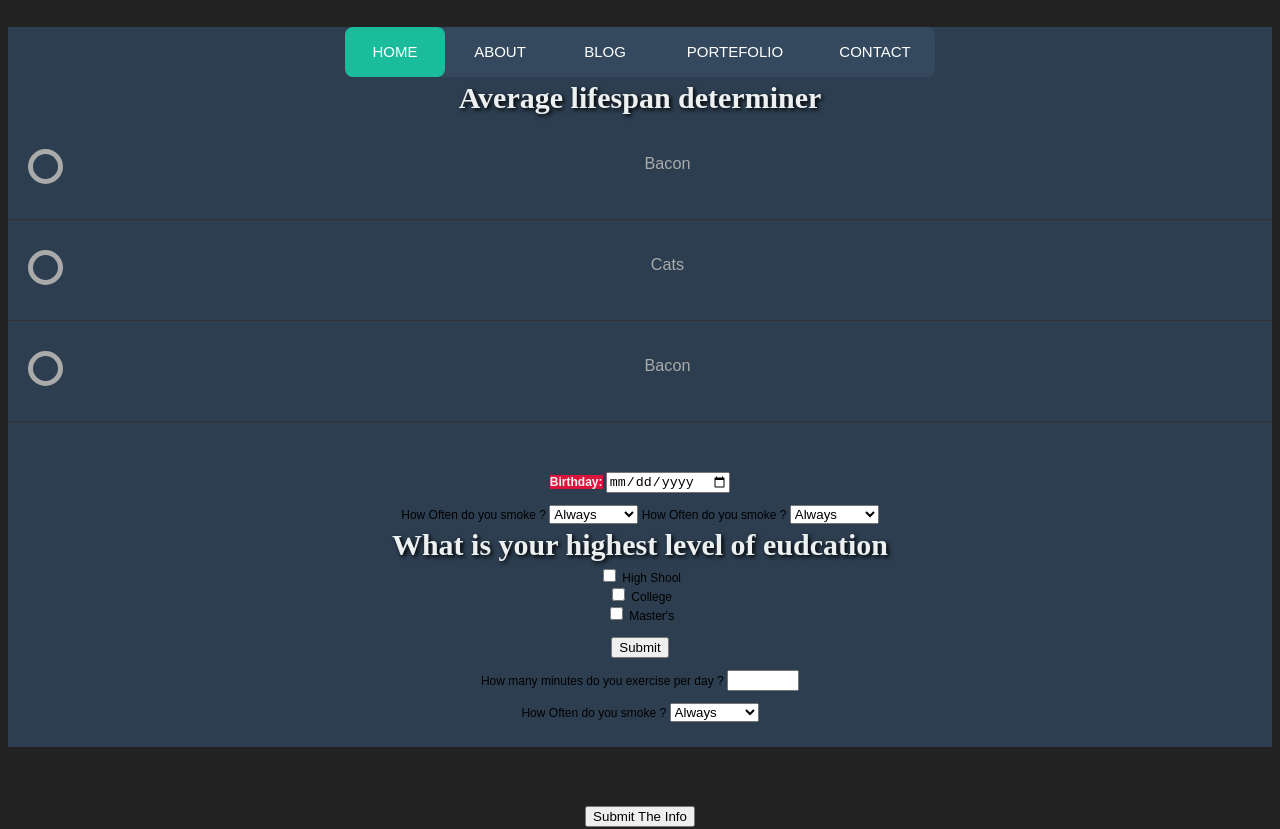
Repository: navid-amini12/capstone-1
Page: wordgame.html
These files come from the project's save history. The page is drawn as it stood at one moment and after the next save; the edit follows.
The browser window is 1280 px wide. The pictures show the whole page.

Above is the page before, as saved 2022-06-01 12:41:36.

### wordgame.html


  <link rel="stylesheet" type="text/css" href="Life.css">






<!-- NAVATION STARTING  -->

<nav class ="mynavigation">
  <a href="#">Home</a>
  <a href="#">About</a>
  <a href="#">Blog</a>
  <a href="#">Portefolio</a>
  <a href="#">Contact</a>
  <div class="animation start-home"></div>
</nav>
  <!-- NAVIGATION ENDING -->
    <h1>Average lifespan determiner</h1>









      <div class = "container90">

          <ul>
          <li>
            <input type="radio" id="s-option" name="selector">
            <label for="s-option">Bacon</label>

            <div class="check"><div class="inside"></div></div>
          </li>

          <li>
            <input type="radio" id="t-option" name="selector">
            <label for="t-option">Cats</label>

            <div class="check"><div class="inside"></div></div>
          </li>

          <li>
            <input type="radio" id="s-option" name="selector">
            <label for="s-option">Bacon</label>

            <div class="check"><div class="inside"></div></div>
          </li>
        </ul>
   </div>






  <div class = "left"><form action="/action_page.php">
    <label style="background-color: crimson; color: #f1f1f1; font-weight: bold" for="birthday">Birthday:</label>
    <input type="date" id="birthday" name="birthday">

  </form>

<label for="cars">How Often do you smoke ?</label>

<select id="questions">
<option value="volvo">Always</option>
<option value="saab">Often</option>
<option value="opel">Sometimes</option>
<option value="audi">Rarely</option>
<option value="audi">Never</option>
</select>

<label for="cars">How Often do you smoke ?</label>

<select id="questions">
<option value="volvo">Always</option>
<option value="saab">Often</option>
<option value="opel">Sometimes</option>
<option value="audi">Rarely</option>
<option value="audi">Never</option>
</select>

<h1>What is your highest level of eudcation</h1>

<form id = "checkbox1">
<input type="checkbox" id="vehicle1" name="vehicle1" value="Bike">
<label for="vehicle1"> High Shool</label><br>
<input type="checkbox" id="vehicle2" name="vehicle2" value="Car">
<label for="vehicle2"> College</label><br>
<input type="checkbox" id="vehicle3" name="vehicle3" value="Boat">
<label for="vehicle3"> Master's</label><br><br>
<input type="submit" value="Submit">
</form>

<form>
  <label for="quantity">How many minutes do you exercise per day ? </label>
  <input type="number" id="quantity" name="quantity" min="0" max="1000">
</form>




<label for="cars">How Often do you smoke ?</label>

<select id="myquestions">
<option value="always">Always</option>
<option value="often">Often</option>
<option value="sometimes">Sometimes</option>
<option value="rarely">Rarely</option>
<option value="never">Never</option>
</select>
<br>
<br>
<br>
<br>


<br>
<br>
<br>
<button id = "submitInfo">Submit The Info</button></div>





<!-- <input id = "submitInfo" type="button" value = "Submit Info" onclick="alert('Submitting INfo');" /></div> -->

  </div>



  <!-- <input id = "submitInfo" type="button" value = "Submit Info" onclick="alert('Submitting INfo');" /> -->


















  <body class="container">
    <ul id="people" class=""></ul>


    <script src="https://unpkg.com/axios/dist/axios.min.js"></script>
    <script>

      document.getElementById("submitInfo").onclick = function () {
        axios
          .get("http://localhost:4000/api/users")
          .then(function (response) {
            var e = document.getElementById("myquestions");
            var strUser = e.options[e.selectedIndex].text;


            var x = document.getElementById("vehicle1").value;




     if (strUser == "Never") {

         alert(x)



       alert( document.getElementById("people").innerHTML = response.data[0] )

    }
          })


          .catch(function (err) {
            document.getElementById("people").innerHTML =
              '<li class="text-danger">' + err.message + "</li>";
          });
      };
    </script>

### Life.css
@import url('https://fonts.googleapis.com/css?family=Lato');

body, html{
  height: 100%;
  background: #222222;
	font-family: 'Lato', sans-serif;
}

.container90{
 text-align: center;
}

h2 {
	color: #AAAAAA;
}

.container ul{
  list-style: none;
  margin: 0;
  padding: 0;
	overflow: auto;
}

ul li{
  color: #AAAAAA;
  display: block;
  position: relative;
  float: left;
  width: 100%;
  height: 100px;
	border-bottom: 1px solid #333;
}

ul li input[type=radio]{
  position: absolute;
  visibility: hidden;
}

ul li label{
  display: block;
  position: relative;
  font-weight: 300;
  font-size: 1.35em;
  padding: 25px 25px 25px 80px;
  margin: 10px auto;
  height: 30px;
  z-index: 9;
  cursor: pointer;
  -webkit-transition: all 0.25s linear;
}

ul li:hover label{
	color: #FFFFFF;
}

ul li .check{
  display: block;
  position: absolute;
  border: 5px solid #AAAAAA;
  border-radius: 100%;
  height: 25px;
  width: 25px;
  top: 30px;
  left: 20px;
	z-index: 5;
	transition: border .25s linear;
	-webkit-transition: border .25s linear;
}

ul li:hover .check {
  border: 5px solid #FFFFFF;
}

ul li .check::before {
  display: block;
  position: absolute;
	content: '';
  border-radius: 100%;
  height: 15px;
  width: 15px;
  top: 5px;
	left: 5px;
  margin: auto;
	transition: background 0.25s linear;
	-webkit-transition: background 0.25s linear;
}

input[type=radio]:checked ~ .check {
  border: 5px solid #0DFF92;
}

input[type=radio]:checked ~ .check::before{
  background: #0DFF92;
}

input[type=radio]:checked ~ label{
  color: #0DFF92;
}

.signature {
	margin: 10px auto;
	padding: 10px 0;
	width: 100%;
}

.signature p{
	text-align: center;
	font-family: Helvetica, Arial, Sans-Serif;
	font-size: 0.85em;
	color: #AAAAAA;
}

.signature .much-heart{
	display: inline-block;
	position: relative;
	margin: 0 4px;
	height: 10px;
	width: 10px;
	background: #AC1D3F;
	border-radius: 4px;
	-ms-transform: rotate(45deg);
    -webkit-transform: rotate(45deg);
    transform: rotate(45deg);
}

.signature .much-heart::before,
.signature .much-heart::after {
	  display: block;
  content: '';
  position: absolute;
  margin: auto;
  height: 10px;
  width: 10px;
  border-radius: 5px;
  background: #AC1D3F;
  top: -4px;
}

.signature .much-heart::after {
	bottom: 0;
	top: auto;
	left: -4px;
}

.signature a {
	color: #AAAAAA;
	text-decoration: none;
	font-weight: bold;
}


/* Styles for alert...
by the way it is so weird when you look at your code a couple of years after you wrote it XD */

.alert {
	box-sizing: border-box;
	background-color: #BDFFE1;
	width: 100%;
	position: relative;
	top: 0;
	left: 0;
	z-index: 300;
	padding: 20px 40px;
	color: #333;
}

.alert h2 {
	font-size: 22px;
	color: #232323;
	margin-top: 0;
}

.alert p {
	line-height: 1.6em;
	font-size:18px;
}

.alert a {
	color: #232323;
	font-weight: bold;
}






/* startin of navtation css */

.left {
  margin-top: 50px;
  text-align: center;
}






nav {
  margin: 27px auto 0;

  position: relative;
  width: 590px;
  height: 50px;
  background-color: #34495e;
  border-radius: 8px;
  font-size: 0;
}
nav a {
  line-height: 50px;
  height: 100%;
  font-size: 15px;
  display: inline-block;
  position: relative;
  z-index: 1;
  text-decoration: none;
  text-transform: uppercase;
  text-align: center;
  color: white;
  cursor: pointer;
}
nav .animation {
  position: absolute;
  height: 100%;
  top: 0;
  z-index: 0;
  transition: all .5s ease 0s;
  border-radius: 8px;
}
a:nth-child(1) {
  width: 100px;
}
a:nth-child(2) {
  width: 110px;
}
a:nth-child(3) {
  width: 100px;
}
a:nth-child(4) {
  width: 160px;
}
a:nth-child(5) {
  width: 120px;
}
nav .start-home, a:nth-child(1):hover~.animation {
  width: 100px;
  left: 0;
  background-color: #1abc9c;
}
nav .start-about, a:nth-child(2):hover~.animation {
  width: 110px;
  left: 100px;
  background-color: #e74c3c;
}
nav .start-blog, a:nth-child(3):hover~.animation {
  width: 100px;
  left: 210px;
  background-color: #3498db;
}
nav .start-portefolio, a:nth-child(4):hover~.animation {
  width: 160px;
  left: 310px;
  background-color: #9b59b6;
}
nav .start-contact, a:nth-child(5):hover~.animation {
  width: 120px;
  left: 470px;
  background-color: #e67e22;
}

body {
  font-size: 12px;
  font-family: sans-serif;
  background: #2c3e50;
}
h1 {
  text-align: center;
  margin: 40px 0 40px;
  text-align: center;
  font-size: 30px;
  color: #ecf0f1;
  text-shadow: 2px 2px 4px #000000;
  font-family: 'Cherry Swash', cursive;
}

p {
    position: absolute;
    bottom: 20px;
    width: 100%;
    text-align: center;
    color: #ecf0f1;
    font-family: 'Cherry Swash',cursive;
    font-size: 16px;
}

span {
    color: #2BD6B4;
}




/* Navigation  */

/*
@import url('https://fonts.googleapis.com/css?family=Lobster&display=swap') repeat scroll 0 0 rgba(0, 0, 0 , 0);

body {
  background: #fff;
}

.title {
  font-size: 2.5rem;
  font-family: 'Lobster', cursive;
}

.container {
  animation: scroll 70s linear infinite;
  background: url("https://images.unsplash.com/photo-1465146633011-14f8e0781093?ixlib=rb-1.2.1&ixid=eyJhcHBfaWQiOjEyMDd9&auto=format&fit=crop&w=3450&q=80"), #111111;
  color: #eee;
  height: 100vh;
  min-width: 360px;
  width: 100%;
  display: flex;
  justify-content: center;
  align-items: center;
  perspective: 1000px;
  perspective-origin: 50% 50%;

}

@keyframes scroll {
   100%{
    background-position:0px -3000px;
  }
}

@media (prefers-reduced-motion) {
  .container {
    animation: scroll 200s linear infinite;
  }
}

@media (min-width: 670px) {
  .title {
    font-size: 5rem;
  }
}

#modalContainer {
  background-color:rgba(0, 0, 0, 0.3);
  position:absolute;
  top:0;
  width:100%;
  height:100%;
  left:0px;
  z-index:10000;
  background-image:url(tp.png); /* required by MSIE to prevent actions on lower z-index elements */
}

#alertBox {
  position:relative;
  width:33%;
  min-height:20%;
  max-height:35%;
  margin-top:50px;
  border:1px solid #fff;
  background-color:#fff;
  background-repeat:no-repeat;
  top:30%;
}

#modalContainer > #alertBox {
  position:fixed;
}

#alertBox h1 {
  margin:0;
  font:bold 1em Raleway,arial;
  background-color:#f97352;
  color:#FFF;
  border-bottom:1px solid #f97352;
  padding:10px 0 10px 5px;
}


#alertBox #closeBtn {
  display:block;
  position:relative;
  margin:100px auto 100px auto;
  padding:7px;
  border:0 none;
  width:70px;
  text-transform:uppercase;
  text-align:center;
  color:#FFF;
  background-color:#f97352;
  border-radius: 0px;
  text-decoration:none;
  outline:0!important;
}

/* unrelated styles */

#mContainer {
  position:relative;
  width:600px;
  margin:auto;
  padding:5px;
  border-top:2px solid #fff;
  border-bottom:2px solid #fff;
}

h1,h2 {
  margin:0;
  padding:4px;
}

code {
  font-size:1.2em;
  color:#069;
}

#credits {
  position:relative;
  margin:25px auto 0px auto;
  width:350px;
  font:0.7em verdana;
  border-top:1px solid #000;
  border-bottom:1px solid #000;
  height:90px;
  padding-top:4px;
}

#credits img {
  float:left;
  margin:5px 10px 5px 0px;
  border:1px solid #000000;
  width:80px;
  height:79px;
}

.important {
  background-color:#F5FCC8;
  padding:2px;

}

@media (max-width: 600px)
{
  #alertBox {
  position:relative;
  width:90%;
  top:30%;
}


 */

After the next save:
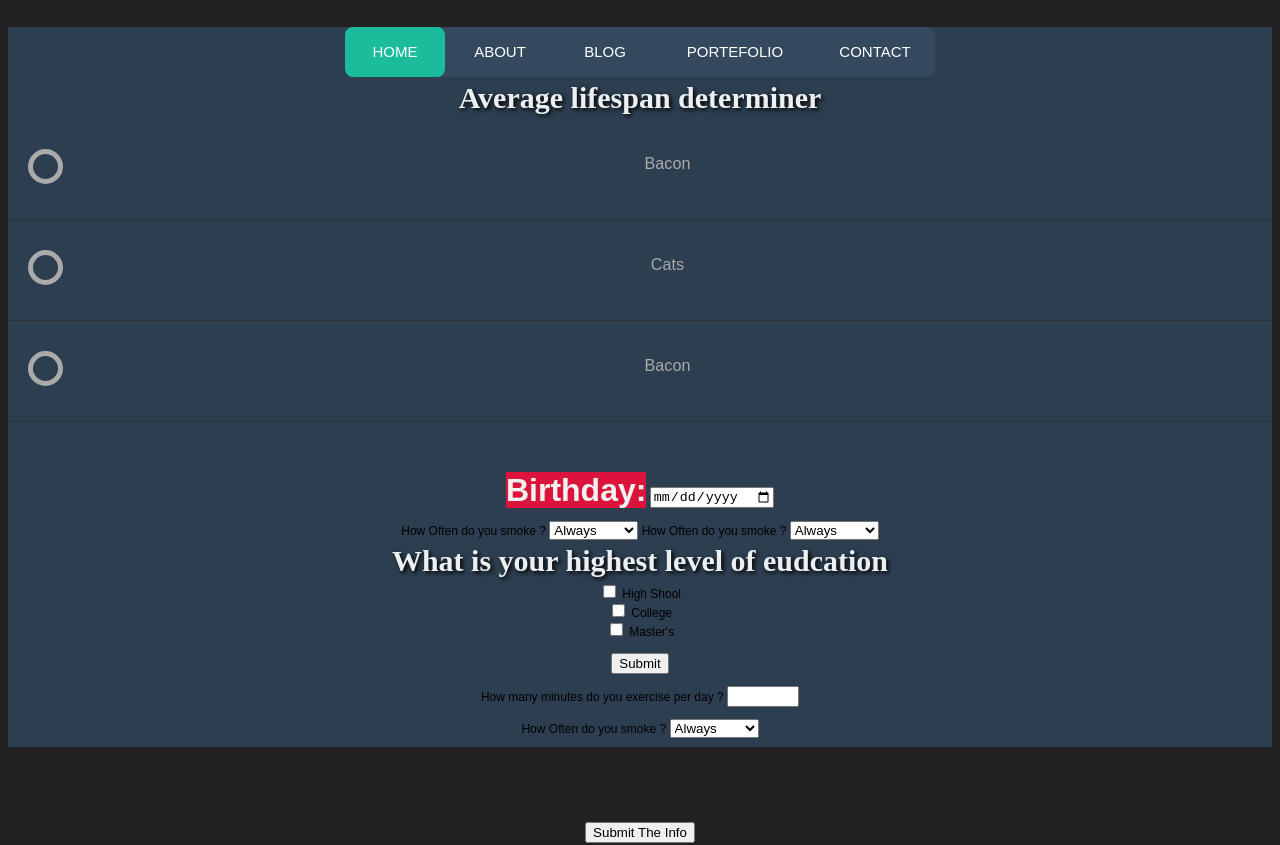
Saved 46 s later.
--- a/wordgame.html
+++ b/wordgame.html
@@ -60,7 +60,7 @@
 
 
   <div class = "left"><form action="/action_page.php">
-    <label style="background-color: crimson; color: #f1f1f1; font-weight: bold" for="birthday">Birthday:</label>
+    <label style="background-color: crimson; color: #f1f1f1; font-weight: bold; font-size: xx-large;" for="birthday">Birthday:</label>
     <input type="date" id="birthday" name="birthday">
 
   </form>
